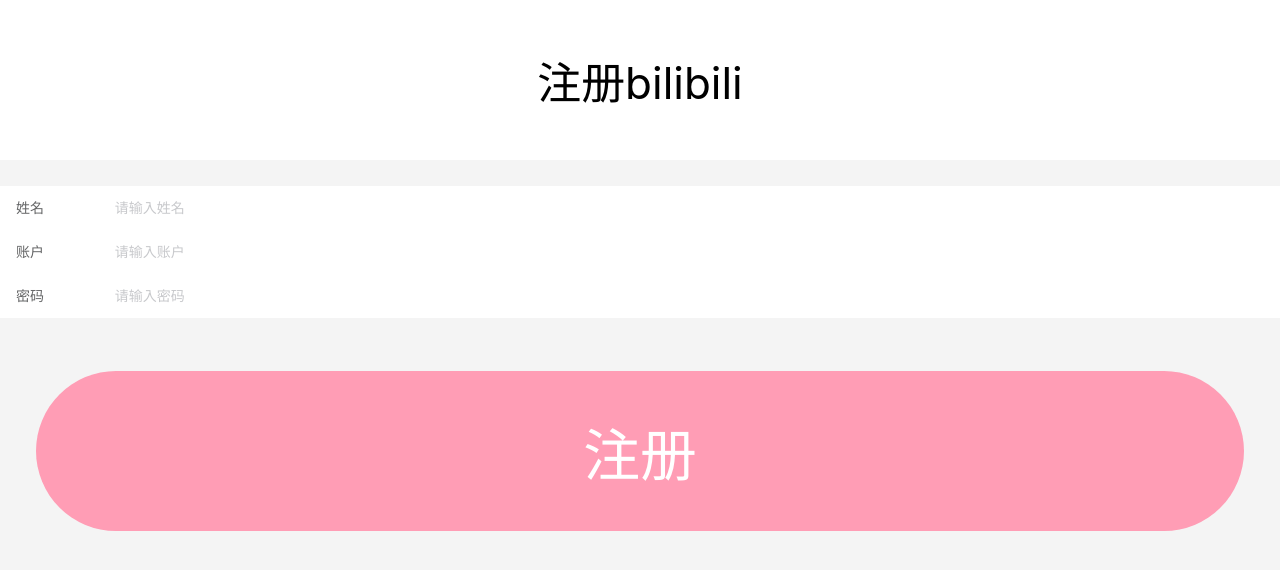
Repository: caiys666/bilibili
Page: /
These files come from the project's save history. The page is drawn as it stood at one moment and after the next save; the edit follows.
The browser window is 1280 px wide. The pictures show the whole page.
The project was rebuilt for these pictures with package versions that can differ from the ones it lists, and the page was loaded fresh each time. Also part of the build but not shown: src/components/HelloWorld.vue, src/views/Home.vue.

Above is the page before, as saved 2020-10-01 20:30:47.

### src/main.js
import Vue from 'vue';
import App from './App.vue';
import router from './router';
import store from './store';
import Vant from 'vant';
import 'vant/lib/index.css';
import http from '../http'
import { Toast } from 'vant';

Vue.prototype.$msg = Toast
Vue.prototype.$http = http
Vue.use(Vant);
Vue.config.productionTip = false

new Vue({
  router,
  store,
  render: h => h(App)
}).$mount('#app')

### src/App.vue
<template>
<div id="app">

    <router-view />
</div>
</template>

<style>
body {
    margin: 0;
    padding: 0;
    box-sizing: border-box;
    background-color: #f4f4f4;
}
</style>

### src/router/index.js
import Vue from 'vue'
import VueRouter from 'vue-router'
import Home from '../views/Home.vue'

Vue.use(VueRouter)

const routes = [
  {
    path: '/home',
    name: 'Home',
    component: Home
  },
  {
    path: '/login',
    name: 'Login',
    component: () => import(/* webpackChunkName: "about" */ '../views/Login.vue')
  },
  {
    path: '/',
    name: 'Register',
    // route level code-splitting
    // this generates a separate chunk (about.[hash].js) for this route
    // which is lazy-loaded when the route is visited.
    component: () => import(/* webpackChunkName: "about" */ '../views/register.vue')
  }
]

const router = new VueRouter({
  routes
})

export default router

### http.js
import axios from 'axios'

const http = axios.create({
    baseURL:'http://112.74.99.5:3000/web/api'
})

export default http

### src/views/register.vue
<template>
  <div>
    <login-top middleTop="注册bilibili">
      <div slot="right">11111</div>
    </login-top>
    <login-text
      style="margin-top: 2vw"
      label="姓名"
      placeholder="请输入姓名"
      rule="^.{6,16}$"
      @inputChange="(res) => (model.name = res)"
    ></login-text>
    <login-text
      label="账户"
      placeholder="请输入账户"
      rule="^.{6,16}$"
      @inputChange="(res) => (model.username = res)"
    ></login-text>
    <login-text
      label="密码"
      placeholder="请输入密码"
      type="password"
      rule="^.{6,16}$"
      @inputChange="(res) => (model.password = res)"
    ></login-text>
    <login-btn @registerSubmit="registerSubmit" btntext="注册"></login-btn>
  </div>
</template>

<script>
import LoginTop from "../components/commn/LoginTop.vue";
import LoginText from "../components/commn/LoginText.vue";
import LoginBtn from "../components/commn/LoginBtn";
export default {
  data() {
    return {
      model: {
        name: "",
        username: "",
        password: "",
      },
    };
  },
  methods: {
    async registerSubmit() {
      let rulg = /^.{6,16}$/;
      if (
        rulg.test(this.model.name) &&
        rulg.test(this.model.username) &&
        rulg.test(this.model.password)
      ) {
        const res = await this.$http.post("/register", this.model);
        this.$msg.fail(res.data.msg)
        /*-------------------------------------------*/
      } else{
          this.$msg.fail('格式不正确！请重新输入')
      }
    },
  },
  components: {
    LoginTop,
    LoginText,
    LoginBtn,
  },
};
</script>

<style scoped></style>

### src/components/commn/LoginTop.vue
<template>
<div>
    <div class="LoginTop">
        <div></div>
        <div>{{middleTop}}</div>
        <div></div>
    </div>
</div>
</template>

<script>
export default {
    props: ['middleTop'],
}
</script>

<style scoped>
.LoginTop {
    height: 12.5vw;
    background-color: white;
    display: flex;
}

.LoginTop div {
    display: flex;
    flex: 1;
    justify-content: center;
    align-items: center;
    font-size: 3.433vw;
}
</style>

### src/components/commn/LoginText.vue
<template>
<div id="LoginText">
    <van-field v-model="content" :label="label" :placeholder="placeholder" :type="type" :rule="rule" />
</div>
</template>

<script>
export default {
    name: "LoginText",
    data() {
        return {
            content: "",
        };
    },
    props: ["label", "type", "placeholder", "rule"],
    methods: {
        handlerrulg() {
            const rule = new RegExp(this.rule);
            if (rule.test(this.content)) {
                console.log("正则校验成功！");
                this.$emit("inputChange", this.content);
            }
        },
    },
    watch: {
        content() {
            this.handlerrulg();
        },
    },
};
</script>

<style scoped>
</style>

### src/components/commn/LoginBtn.vue
<template>
  <div class="btnparent" @click="registerClick">
    <div class="loginbtn">{{ btntext }}</div>
  </div>
</template>

<script>
export default {
  props: ["btntext"],
  methods: {
    registerClick() {
      this.$emit("registerSubmit");
    },
  },
};
</script>

<style scoped>
.btnparent {
  padding: 4.167vw 2.778vw;
}

.loginbtn {
  height: 12.5vw;
  background-color: #ff9db5;
  color: white;
  display: flex;
  justify-content: center;
  align-items: center;
  font-size: 4.444vw;
  border-radius: 6.75vw;
}
</style>

Loaded but not shown: public/index.html (common file); src/store/index.js (common file)

After the next save:
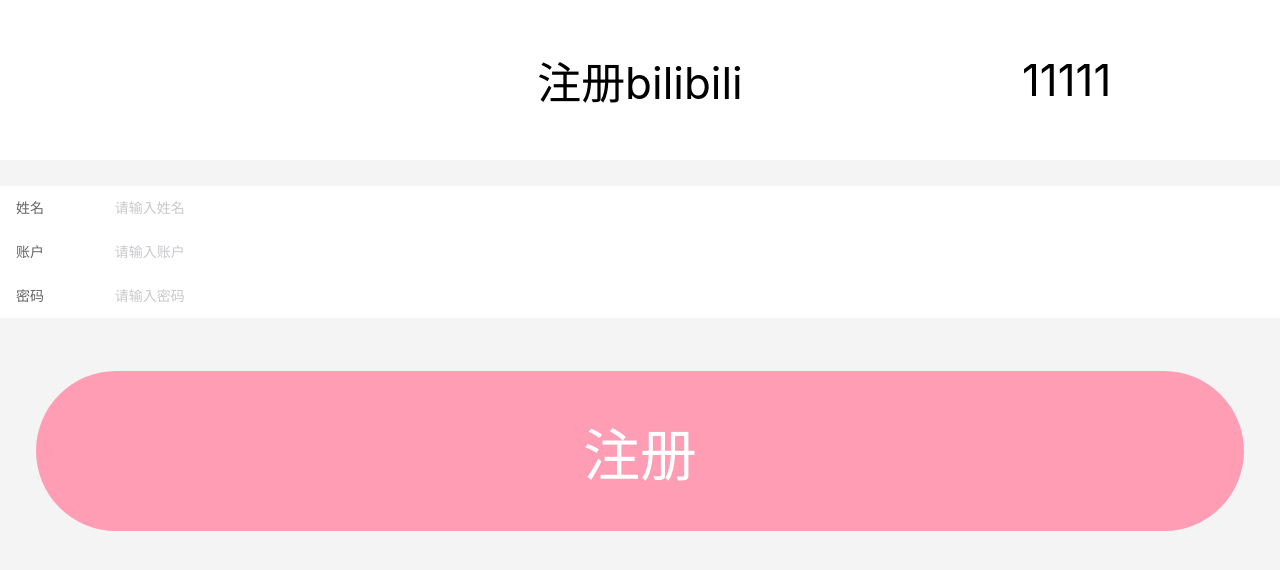
Saved 16 s later.
--- a/src/components/commn/LoginTop.vue
+++ b/src/components/commn/LoginTop.vue
@@ -3,7 +3,9 @@
     <div class="LoginTop">
         <div></div>
         <div>{{middleTop}}</div>
-        <div></div>
+        <div>
+            <slot name="right"></slot>
+        </div>
     </div>
 </div>
 </template>
